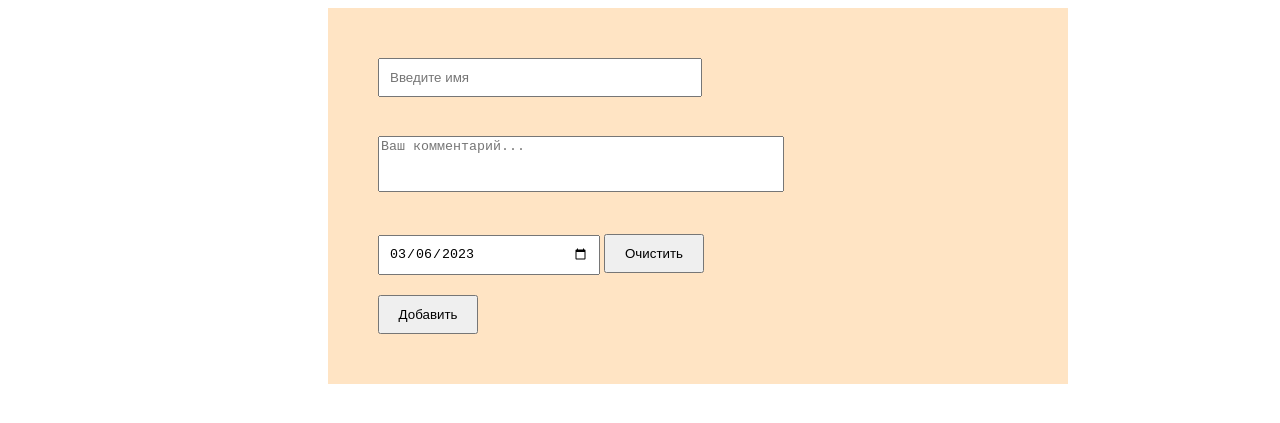
Repository: Grid-Master/commentList
Page: index.html
An editor plug-in stored every save of this project. The page is shown before and after the next save, followed by the edit.
The browser window is 1280 px wide. The pictures show the whole page.

Above is the page before, as saved 2023-03-12 23:47:24.

### index.html
<!DOCTYPE html>
<html lang="en">
  <head>
    <meta charset="UTF-8" />
    <meta http-equiv="X-UA-Compatible" content="IE=edge" />
    <meta name="viewport" content="width=device-width, initial-scale=1.0" />
    <title>Comments</title>
    <style>
      form {
        width: 50vw;
        margin-left: 25vw;
        background-color: bisque;
        display: flex;
        flex-direction: column;
        padding: 50px;
      }

      input[type='text'] {
        width: 300px;
        padding: 10px;
        margin-bottom: 20px;
      }
      textarea {
        width: 400px;
        height: 50px;
        resize: none;
        margin-bottom: 20px;
      }

      input[type='date'] {
        width: 200px;
        padding: 9px;
        margin-bottom: 20px;
      }

      button {
        width: 100px;
        padding: 10px;
      }

      #nameReq,
      #commentReq {
        color: red;
      }

      .unliked {
        background-image: url('./images/istockphoto-1136351242-612x612.jpg');
        background-size: cover;
        cursor: pointer;
      }
      .liked {
        background-image: url('./images/Multimedia__28107_29.jpg');
      }
    </style>
  </head>
  <body>
    <form onsubmit="addComment(); return false">
      <div class="input-container">
        <input id="name" type="text" placeholder="Введите имя" required />
        <h3 id="nameReq"></h3>
      </div>
      <div class="input-container">
        <textarea id="comment" placeholder="Ваш комментарий..." required></textarea>
        <h3 id="commentReq"></h3>
      </div>
      <div>
        <input type="date" id="date" />
        <button type="button" onclick="clearDate()">Очистить</button>
      </div>
      <button type="submit">Добавить</button>
    </form>
    <ul id="commentList"></ul>
    <script src="./script.js"></script>
  </body>
</html>

### script.js
let nameReq = document.getElementById('nameReq');
let commentReq = document.getElementById('commentReq');
let nameInput = document.getElementById('name');
let commentInput = document.getElementById('comment');
let dateInput = document.getElementById('date');
document.getElementById('date').valueAsDate = new Date();

function clearDate() {
  document.getElementById('date').valueAsDate = null;
}

nameInput.addEventListener('change', () => {
  if (nameInput.value == '') {
    nameReq.innerText = 'Введите имя!';
  } else {
    nameReq.innerText = '';
  }
});

commentInput.addEventListener('change', () => {
  if (commentInput.value == '') {
    commentReq.innerText = 'Введите комментарий!';
  } else {
    commentReq.innerText = '';
  }
});

function addComment() {
  let name = nameInput.value;
  let comment = commentInput.value;
  let date = dateInput.valueAsDate;
  let list = document.getElementById('commentList');

  let nameEl = document.createElement('h3');
  let commentEl = document.createElement('p');
  let dateEl = document.createElement('h4');
  let deleteEl = document.createElement('button');
  let likeEl = document.createElement('div');
  let container = document.createElement('div');

  nameEl.innerHTML = name;
  commentEl.innerHTML = comment;
  deleteEl.textContent = 'Удалить комментарий';
  likeEl.style.width = '100px';
  likeEl.style.height = '100px';
  likeEl.className = 'unliked';

  deleteEl.addEventListener('click', () => {
    deleteEl.parentElement.remove();
  });

  likeEl.addEventListener('click', () => {
    likeEl.classList.toggle('liked');
  });
  if (date != null) {
    if (date.toLocaleDateString() == new Date().toLocaleDateString()) {
      dateEl.innerHTML = `Сегодня в ${new Date().toLocaleTimeString()}`;
      container.append(nameEl, commentEl, dateEl, deleteEl, likeEl);
    } else if (date.toLocaleDateString() == new Date(Date.now() - 86400000).toLocaleDateString()) {
      dateEl.innerHTML = `Вчера в ${new Date().toLocaleTimeString()}`;
      container.append(nameEl, commentEl, dateEl, deleteEl, likeEl);
    } else {
      dateEl.innerHTML = `${date.toLocaleDateString()} в ${new Date().toLocaleTimeString()}`;
      container.append(nameEl, commentEl, dateEl, deleteEl, likeEl);
    }
  } else {
    container.append(nameEl, commentEl, deleteEl, likeEl);
  }
  list.append(container);
  nameInput.value = '';
  commentInput.value = '';
  dateInput.value = null;
}

After the next save:
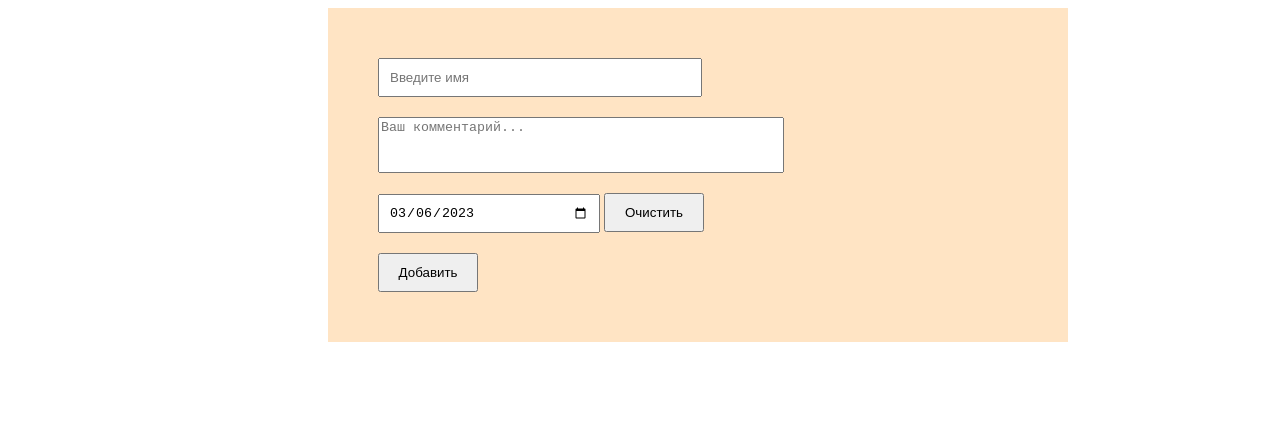
Saved 24 s later.
--- a/index.html
+++ b/index.html
@@ -51,6 +51,11 @@
       .liked {
         background-image: url('./images/Multimedia__28107_29.jpg');
       }
+
+      .input-container {
+        display: flex;
+        align-items: center;
+      }
     </style>
   </head>
   <body>
